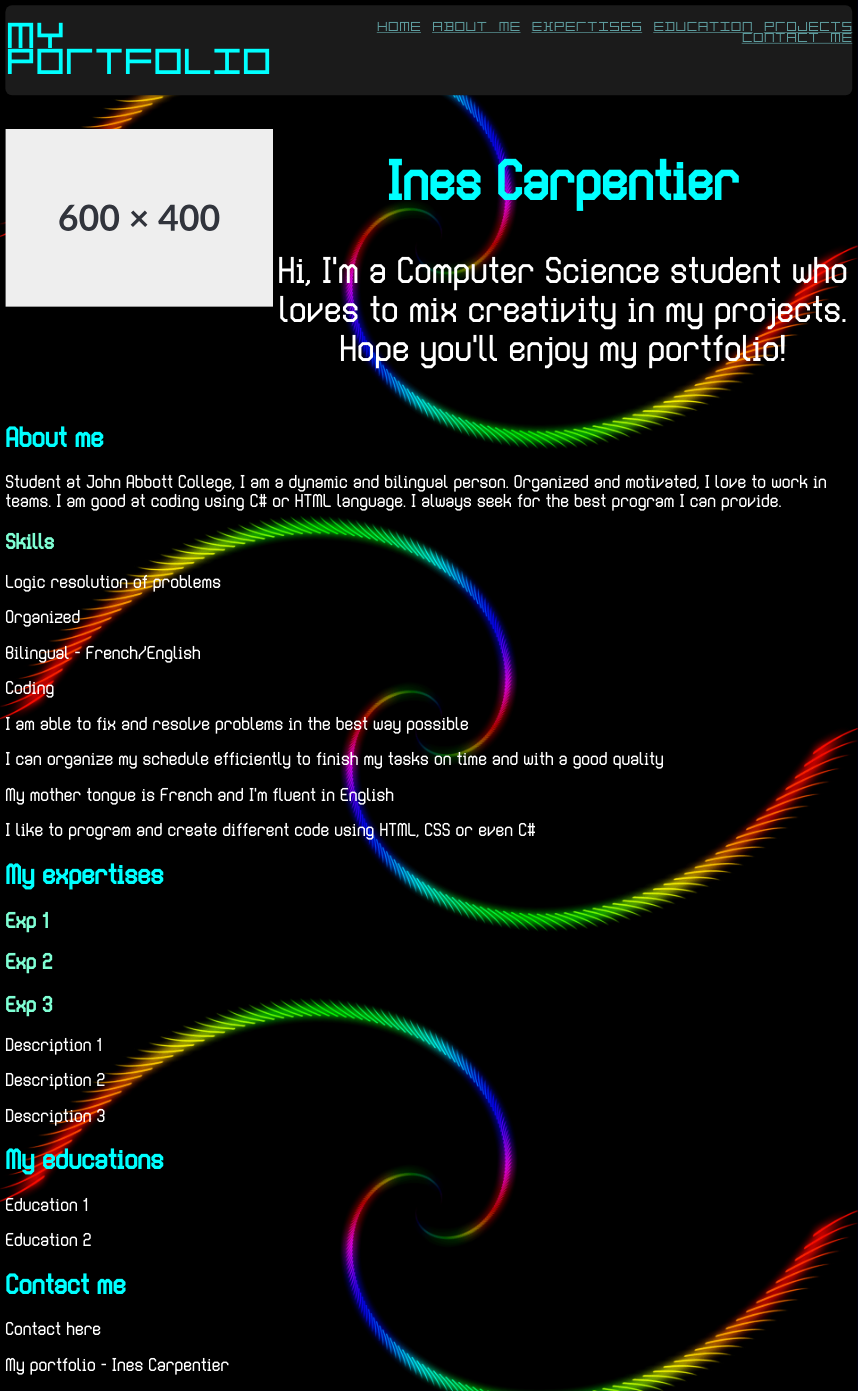
Repository: InsCarp/InsCarp
Page: index.html
An editor plug-in stored every save of this project. The page is shown before and after the next save, followed by the edit.
The browser window is 1280 px wide. The pictures show the whole page, at 67% of full size.
Backgrounds fixed to the window are drawn as part of the page.

Above is the page before, as saved 2026-05-05 15:16:18.

### index.html
<!DOCTYPE html>
<html lang="en">
<head>
    <meta charset="UTF-8">
    <meta name="viewport" content="width=device-width, initial-scale=1.0">
    <link rel="icon" href="/assets/images/Logo.png" type="image/png" />
    <link rel="stylesheet" href="/styles/globals.css" type="text/css"/>
    <link rel="stylesheet" href="/styles/index.css" type="text/css"/>

    <title>Portfolio - Ines Carpentier</title>
</head>
<header>
    <h1 id="Title">My portfolio</h1>
    <nav>
        <a href="index.html">Home</a>
        <a href="#About">About me</a>
        <a href="#Expertises">Expertises</a>
        <a href="#Education">Education</a>
        <a href="project.html">Projects</a> <!--Put my project page here-->
        <a href="#Contact">Contact me</a>
    </nav>
</header>
<body>
    <div class="Intro">
        <article>
            <img src="/assets/images/placeholder.svg" id="Me" alt="Me in a circle placeholder"/>
        </article>
        <article id="intro">
            <h2>Ines Carpentier</h2>
            <p>Hi, I'm a Computer Science student who loves to mix creativity in my projects.
                Hope you'll enjoy my portfolio!</p>
        </article>
    </div>
    <div class="About">
        <h2 id="About">About me</h2>
        <p>Student at John Abbott College,
            I am a dynamic and bilingual person.
            Organized and motivated, I love to work in teams. I am good at coding using C# or HTML language. I always seek for the best program I can provide.</p>
        <h3>Skills</h3>
        <article>
            <p>Logic resolution of problems</p>
            <p>Organized</p>
            <p>Bilingual - French/English</p>
            <p>Coding</p>
        </article>
        <article>
            <p>I am able to fix and resolve problems in the best way possible</p>
            <p>I can organize my schedule efficiently to finish my tasks on time and with a good quality</p>
            <p>My mother tongue is French and I'm fluent in English</p>
            <P>I like to program and create different code using HTML, CSS or even C#</P>
        </article>
    </div>
    <div class="Exp">
        <h2 id="Expertises">My expertises</h2>
        <article>
            <h3>Exp 1</h3>
            <h3>Exp 2</h3>
            <h3>Exp 3</h3>
        </article>
        <article>
            <p>Description 1</p>
            <p>Description 2</p>
            <p>Description 3</p>
        </article>
    </div>
    <div class="Education">
        <h2 id="Education">My educations</h2>
        <p>Education 1</p>
        <p>Education 2</p>
    </div>
    <div class="Contact">
        <h2 id="Contact">Contact me</h2>
        <p>Contact here</p>
    </div>
</body>
<footer>
    <p>My portfolio - Ines Carpentier</p>
</footer>
</html>

### styles/globals.css
@font-face {
    font-family: Title;
    src: url(/assets/fonts/Y224-2vdae.ttf);
}
@font-face {
    font-family: Portfolio;
    src: url(/assets/fonts/Eightgon-OGn6p.ttf);
}

html{
    font-size:25px;
}

a {
    color:cadetblue;
}

a:visited{
    color:aquamarine;
}
a:hover{
    color:greenyellow;
}
a:active{
    color:yellow;
}

body{
    background-color:rgb(0, 2, 36);
    color:rgb(255, 255, 255);
    background-image: url(../assets/images/back.gif);
    background-size: cover;
    background-repeat: no-repeat;
    background-attachment: fixed;
    font-family: Portfolio;
}




h1, h2{
    color:aqua;

}

h3{
    color:aquamarine;
}


header {

    display: flex;

    flex-direction: row;
    font-family: Title;
    justify-content: space-between;
    background-color:rgb(27, 27, 27);
    border-radius: 10px;
    font-size:0.8rem;


}
nav{
    display:none;
}


@media only screen and (min-width: 800px){
    header {
    display: flex;
    flex-direction: row;
    font-family: Title;
    justify-content: space-between;

}
nav{
    text-align:right;
    display:initial;
    font-size:0.4rem;
    margin-top:8%;


}
}

@media only screen and (min-width: 1200px){
    header {
    display: flex;
    flex-direction: row;
    font-family: Title;
    justify-content: space-between;



}
nav{
    text-align:right;
    display:initial;
    font-size:0.6rem;
    margin-top:2%;



}
}

### styles/index.css
.Intro{
    margin-top: 1rem;
    display:flex;
    flex-direction: column;
    justify-content: space-between;
}

#intro{

    text-align: center;
    font-size:2rem;
}

#Me{
    margin-top: 1rem;
    width:400px;
}


@media only screen and (min-width: 800px){
    .Intro{
    margin-top: 1rem;
    display:flex;
    flex-direction: row;
    justify-content: space-between;
}

#intro{

    text-align: center;
    font-size:2rem;
}
}

After the next save:
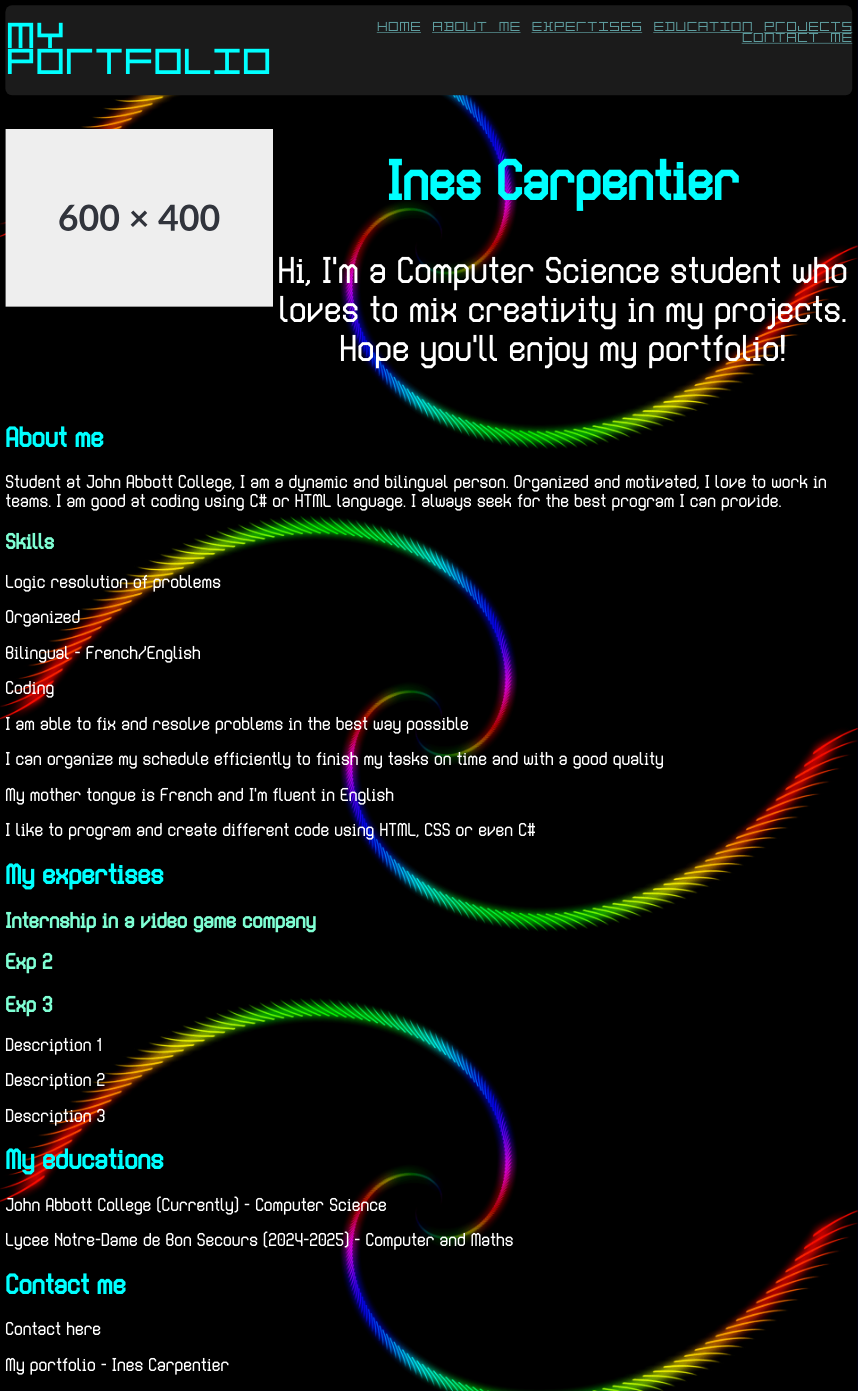
Saved 17 h 33 min later.
--- a/index.html
+++ b/index.html
@@ -53,7 +53,7 @@
     <div class="Exp">
         <h2 id="Expertises">My expertises</h2>
         <article>
-            <h3>Exp 1</h3>
+            <h3>Internship in a video game company</h3>
             <h3>Exp 2</h3>
             <h3>Exp 3</h3>
         </article>
@@ -65,8 +65,9 @@
     </div>
     <div class="Education">
         <h2 id="Education">My educations</h2>
-        <p>Education 1</p>
-        <p>Education 2</p>
+        <p>John Abbott College (Currently) - Computer Science
+        </p>
+        <p>Lycee Notre-Dame de Bon Secours (2024-2025) - Computer and Maths</p>
     </div>
     <div class="Contact">
         <h2 id="Contact">Contact me</h2>
